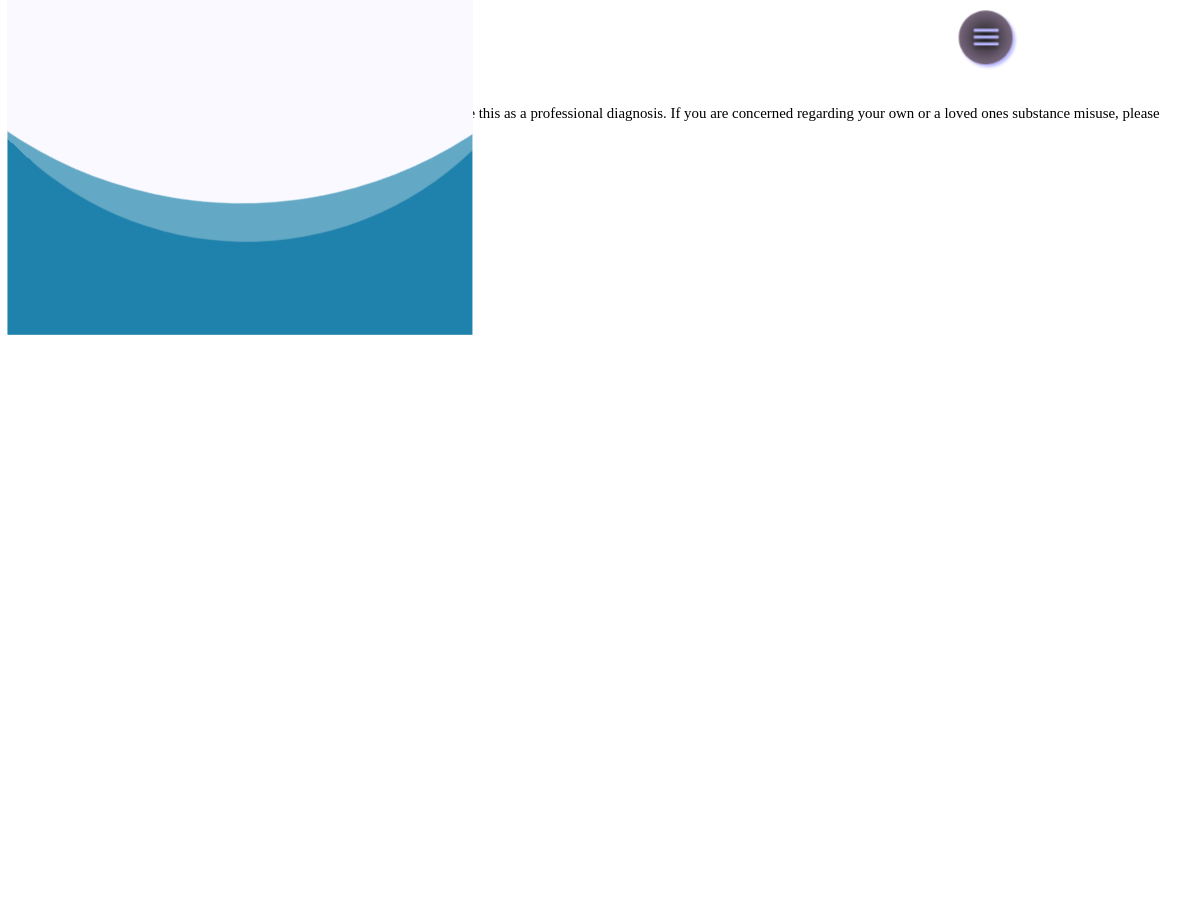
Repository: olivia-sk/MDIA-2109-2106-Big-Project
Page: /disclaimer11/disclaimer
An editor plug-in stored every save of this project. The page is shown before and after the next save, followed by the edit.
The browser window is 1280 px wide. The pictures show the whole page, at 93% of full size.
The project was rebuilt for these pictures with package versions that can differ from the ones it lists, and the page was loaded fresh each time. The framework's server and built-in components were replaced by stand-ins that run in the browser. Also part of the build but not shown: next.config.js, styles/globals.css, components/PieChart/PieChart.module.css, components/PieChart/index.js, components/Button/Button.module.css, components/Button/index.js.

Above is the page before, as saved 2023-04-15 21:25:47.

### pages/disclaimer11/disclaimer.js
import Head from "next/head";
import Image from "next/image";
import styles from "@/styles/Disclaimer.module.css";
import Pie from "@/components/PieChart";
import Link from "next/link";
import Navigation from "@/components/Menu";
import Button from "@/components/Button";
import WaterWave from "@/components/WaterWave";

export default function Home() {
  return (
    <>
      <Head>
        <title>New Habits Web App</title>
        <meta
          name="description"
          content="To identify and help those who suffer from Substance Misuse"
        />
        <meta name="viewport" content="width=device-width, initial-scale=1" />
        <link rel="icon" href="/favicon.ico" />
      </Head>
      <main className={styles.parent}>
          <div class={styles.div3}>
          <h1 className={styles.title}>New Habits</h1>
          </div>
          <Navigation/>
          <div className={styles.div1}>
            <h2>Disclaimer</h2>
            <p>New Habits Web App is not associated with medical professionals, do not take this as a professional diagnosis.
If you are concerned regarding your own or a loved ones substance misuse, please seek professional help.
We offer resources for you to consult a professional.</p>
          </div>
          <div class={styles.div2}>
            <div className={styles.button}>
              <Link href="/get_started5/get_started" className={styles.link}>Continue</Link>
            </div>
            <div className={styles.wave}>
            <WaterWave className={styles.wave_container}/>
            </div>

          </div>
      </main>
    </>
  );
}

### styles/Disclaimer.module.css
.main {
    display: flex;
    flex-direction: column;
    justify-content: space-between;
    align-items: center;
    min-height: 100vh;
  }

  .container {
    display: flex;
    flex-direction: column;
    justify-content: center;
    align-items: center;
  }

  .title {
    display: flex;
    align-items: center;
    justify-content: center;
    font-family: var(--font-title);
    font-size: var(--title-size);
    background-image: var(--radial-text);
    -webkit-background-clip: text;
    background-clip: text;
    color: transparent;
    font-weight: 500;
    text-align: center;
    margin: 1.5rem;
    width: 30rem;
  }

  .content_container {
    padding: 1rem;
    background: var(--cream);
    border: var(--border-radius) solid var(--peach);
    border-radius: var(--corner-radius);
    display: flex;
    flex-direction: column;
    justify-content: flex-start;
    align-items: center;
    z-index: 1;
  }

  .subtitle {
    text-align: center;
    font-family: var(--font-subtitle);
    font-size: var(--subtitle-size);
    background-image: var(--radial-text);
    -webkit-background-clip: text;
    background-clip: text;
    color: transparent;
    font-weight: 500;
    width: 60vw;
    margin: 1rem;
  }

  .description {
    text-align: center;
    font-family: var(--font-subtitle);
    background-image: var(--radial-text);
    -webkit-background-clip: text;
    background-clip: text;
    color: transparent;
    font-weight: 400;
    width: 60vw;
    margin: 1rem;
  }

  /** Button */
  .button {
    display: flex;
    color: rgb(147, 129, 255);
    background: transparent;
    border: solid 2px rgb(147, 129, 255);
    width: 140px;
    height: 45px;
    border-radius: 100px;
    justify-content: center;
    align-items: center;
    font-weight: 600;
    font-family: 'Montserrat', sans-serif;
    margin: 2rem;
    z-index: 1;

  }

  .wave {
    position: relative;
    bottom: 8em;
  }

  .link {
    text-decoration: none;
    color: rgb(147, 129, 255);
    display: flex;
  }

  .link:hover {
    color: white;

  }

  .button:hover {
    border: white;
    color: white;
    background-color: rgb(147, 129, 255);
    cursor: pointer;
  }

  .button:hover .link {
    color: white; /* This line makes the link text turn white when hovering the button */
  }

  /* Responsive styles */
  @media (max-width: 375px) {
    .title {
      font-size: calc(var(--title-size) * 0.7);
      width: 35%;
    }

    .content_container {
      width: 55%;
    }

    .subtitle {
      font-size: calc(var(--subtitle-size) * 0.6);
      width: 70%;
      margin: 0.05rem;
    }

    .description {
      font-size: calc(var(--subtitle-size) * 0.4);
      width: 70%;
    }

    .button {
      width: 100px;
      height: 35px;
      font-size: 0.8em;
    }

    .wave {
      bottom: 0em;
    }
  }

### components/Menu/index.js
import React, { useRef } from 'react'
import styles from './Menu.module.css'
import Image from 'next/image'
import Link from 'next/link'

export default function Navigation() {
  const hamburgerRef = useRef();
  const navigationRef = useRef();

  const handleClickOutside = (event) => {
    const isClickInside =
      navigationRef.current.contains(event.target) ||
      hamburgerRef.current.contains(event.target);
    if (!isClickInside) {
      navigationRef.current.classList.remove(styles.active);
      hamburgerRef.current.classList.remove(styles.hidden);
    }
  };

  const handleHamburgerClick = () => {
    navigationRef.current.classList.add(styles.active);
    hamburgerRef.current.classList.add(styles.hidden);
  };

  React.useEffect(() => {
    document.addEventListener("click", handleClickOutside);

    return () => {
      document.removeEventListener("click", handleClickOutside);
    };
  }, []);

  return (
    <>
      <div className={styles.navigation} ref={navigationRef}>
        <button
          className={`${styles.hamburger} ${styles.bar}`}
          onClick={handleHamburgerClick}
          ref={hamburgerRef}
        >
          <Image src="/Menu/burger.png" width={65} height={65} alt='burger menu'/>
        </button>
        <nav>
          <h1 className={styles.menutitle}>Menu</h1>
          <ul>
            <li>
              <Link href="/">Home</Link>
            </li>
            <li>
              <Link href="/get_started5/get_started">Quiz</Link>
            </li>
            <li>
              <Link href="/disclaimer11/disclaimer">Disclaimer</Link>
            </li>
            <li>
              <Link href="/resources13/resources">Resources</Link>
            </li>
          </ul>
        </nav>
      </div>
    </>
  );
}

### components/WaterWave/index.js
import styles from './Wave.module.css'

export default function WaterWave() {
  return (
    <>
        <div className={styles.container}>
            <div className={styles.water_wave}></div>
        </div>
    </>
  )
}

### components/Menu/Menu.module.css
@import url('https://fonts.googleapis.com/css2?family=Montserrat:wght@400;500;600;700&display=swap');

.navigation {
  position: fixed;
  top: 0;
  right: -500px;
  width: 280px;
  height: 100%;
  background-image: url("/Menu/background.png");
  background-size: cover;
  transition: 0.5s;
  border-radius: 27px 0 0 27px;
  z-index: 3;
}

.menutitle {
  font-family: 'Montserrat', sans-serif;
  font-style: normal;
  font-weight: 400;
  font-size: 24px;
  display: flex;
  align-items: left;
  color: rgba(255, 255, 255, 0.50);
  margin: 1.5rem;
}

.navigation ul li {
  display: flex;
  color: rgba(255, 255, 255, 0.5);
  line-height: 20px;
  text-align: left;
  font-weight: 500;
  list-style-type: none;
  font-size: 14px;
  padding: 20px 30px;
  border-bottom: 0px 64px 64px -32px rgba(41, 15, 0, 100);
  transition: all 0.3s ease;
}

.navigation ul li:hover {
  padding: 16px 20px;
  background-image: url("/Menu/hover.png");
  background-size: cover;
  border-radius: 12px;
  cursor: pointer;
}

.hamburger,
.bar {
  position: fixed;
}

.hamburger {
  display: flex;
  top: 6%;
  left: 80%;
  transform: translateY(-50%);
  border: 0;
  background: 0 0;
  margin-right: 10rem;
  z-index: 3;

}

.hamburger.hidden {
  display: none;
}

.navigation.active {
  right: 0;
  z-index: 3;
}

@media only screen and (max-width: 375px) and (max-height: 667px) {
.hamburger {
  top: 7%;
}

}

### components/WaterWave/Wave.module.css
.container {
    display: flex;
    align-items: center;
    justify-content: baseline;
    min-height: 100vh;
}

.water_wave{
    width: 500px;
    height: 500px;
    background:#1f82ac;
    box-shadow: insert 0 0 20px 0 rgba(0,0,0,0.8);
    position: relative;
    overflow: hidden;
    bottom: 24rem;
}

.water_wave:after,
.water_wave:before {
    content: "";
    position: absolute;
    width: 200%;
    height: 200%;
    top: -50%;
    left: 50%;
    background:#f9f9ff;
}

.water_wave:after{
    border-radius:45%;
    animation: water_wave 5s linear infinite;
}

.water_wave:before{
    border-radius: 35%;
    background: rgba(255,255,255,0.3);
    animation: water_wave 5s linear infinite;
}
@keyframes water_wave{
    0%{
        transform: translate(-50%,-50%) rotate(0deg);
        top: -30%;
    }
    50%{
        transform: translate(-50%,-50%) rotate(180deg);
        top: -40%;
    }
    100%{
        transform: translate(-50%,-50%) rotate(360deg);
        top: -30%;
    }




}

Loaded but not shown: pages/_app.js (common file); pages/_document.js (common file)

After the next save:
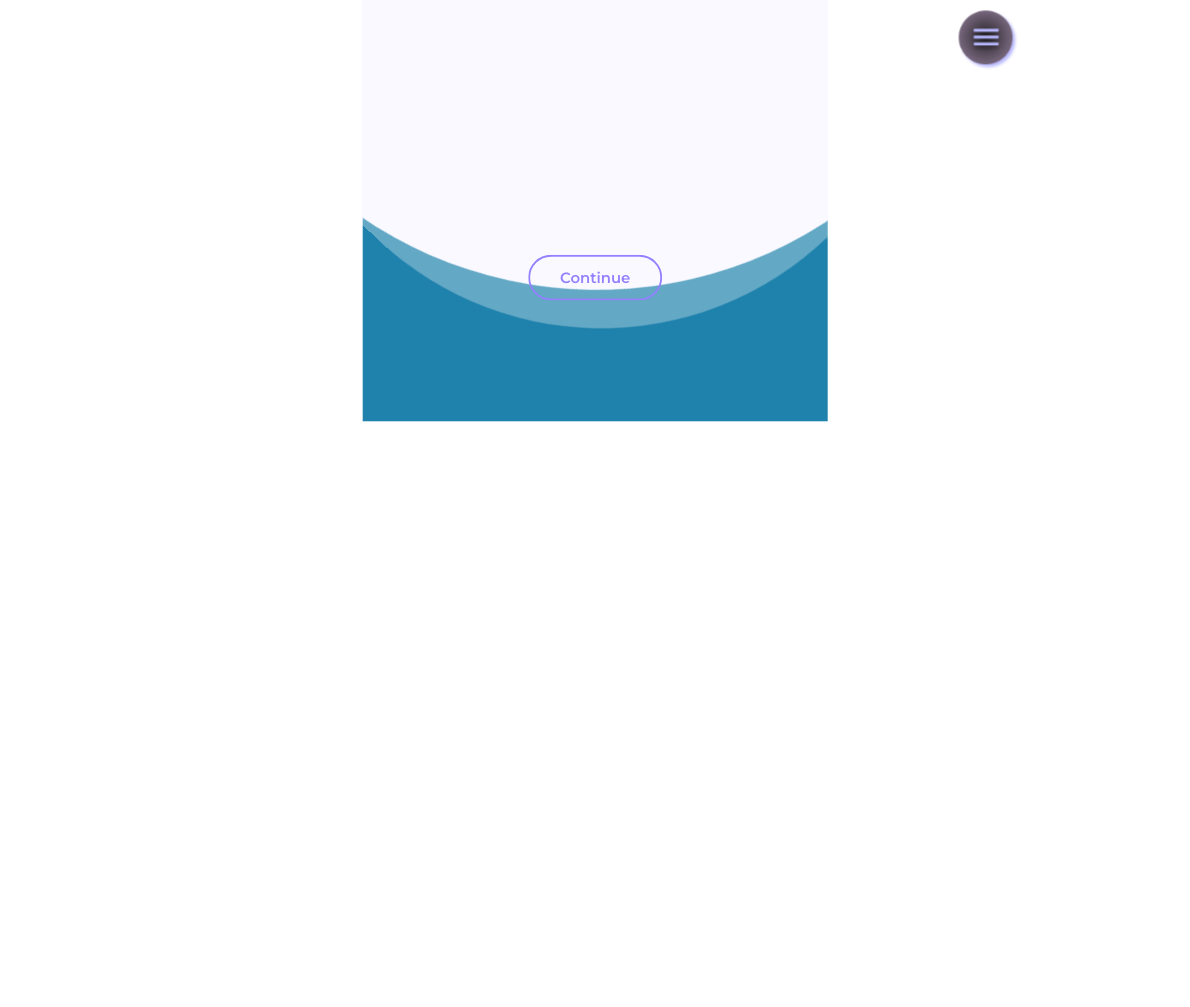
Saved 28 s later.
--- a/pages/disclaimer11/disclaimer.js
+++ b/pages/disclaimer11/disclaimer.js
@@ -19,26 +19,30 @@
         <meta name="viewport" content="width=device-width, initial-scale=1" />
         <link rel="icon" href="/favicon.ico" />
       </Head>
-      <main className={styles.parent}>
-          <div class={styles.div3}>
+      <main className={styles.main}>
+        <Navigation />
+        <div className={styles.container}>
           <h1 className={styles.title}>New Habits</h1>
+
+          <div className={styles.content_container}>
+            <h2 className={styles.subtitle}>What defines substance misuse?</h2>
+            <p className={styles.description}>
+              Substance misuse, more commonly known as drug addiction, is the
+              misuse of illegal drugs, or inappropriate use of legal drugs.
+              Substance misuse affects the user and their family on every level:
+              emotional, psychological, financial, and social
+            </p>
           </div>
-          <Navigation/>
-          <div className={styles.div1}>
-            <h2>Disclaimer</h2>
-            <p>New Habits Web App is not associated with medical professionals, do not take this as a professional diagnosis.
-If you are concerned regarding your own or a loved ones substance misuse, please seek professional help.
-We offer resources for you to consult a professional.</p>
+
+          <div className={styles.button}>
+            <Link href="/statistics3/statistics" className={styles.link}>
+              Continue
+            </Link>
           </div>
-          <div class={styles.div2}>
-            <div className={styles.button}>
-              <Link href="/get_started5/get_started" className={styles.link}>Continue</Link>
-            </div>
-            <div className={styles.wave}>
-            <WaterWave className={styles.wave_container}/>
-            </div>
-
+          <div className={styles.wave}>
+          <WaterWave />
           </div>
+        </div>
       </main>
     </>
   );
